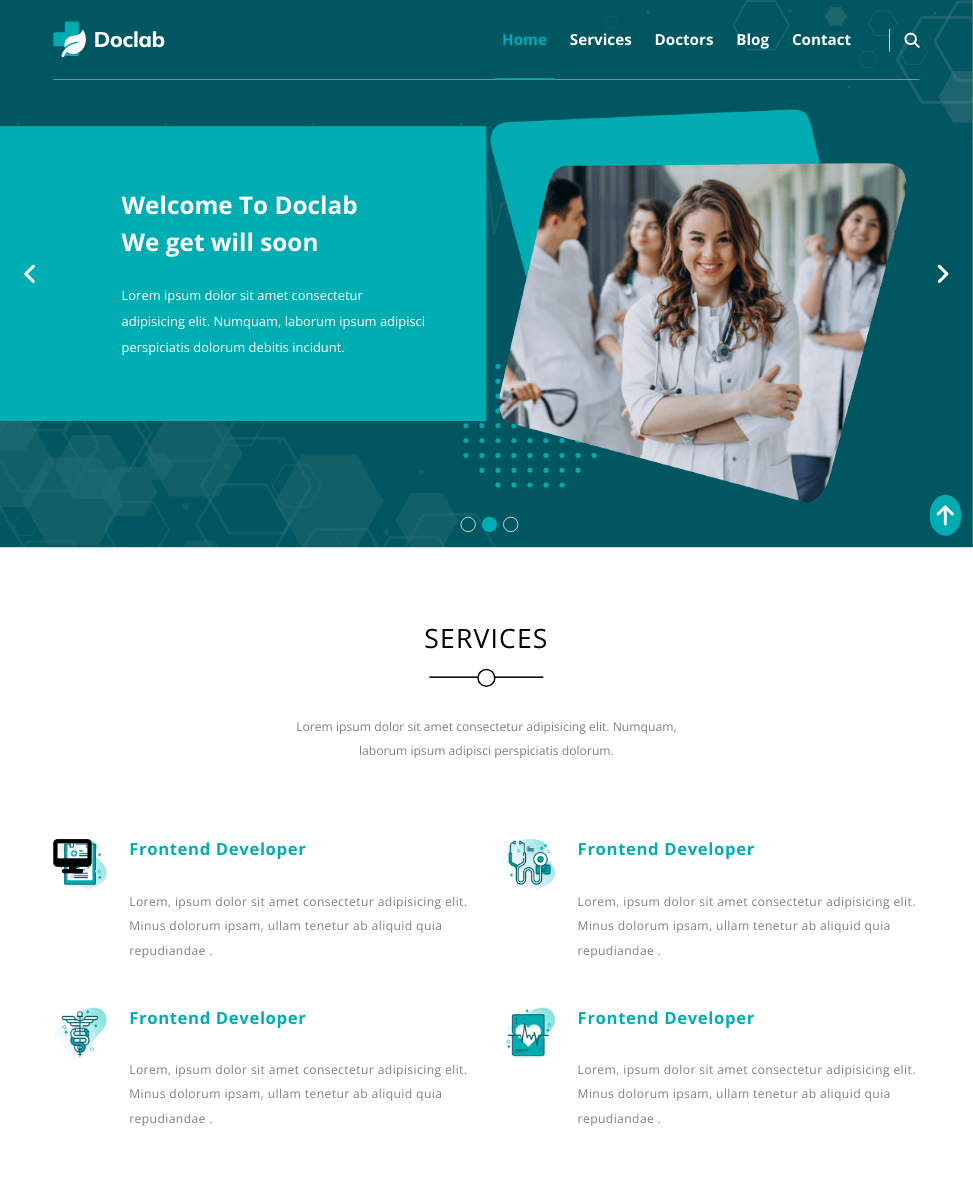
Repository: Ahmed123rezk123/Clinic
Page: index.html
These files come from the project's save history. The page is drawn as it stood at one moment and after the next save; the edit follows.
The browser window is 1280 px wide. The pictures show the part of the page from y = 0 to 1567 px (the page is 9134 px tall), at 76% of full size.
A picture or video elsewhere on the page could not be fetched, so the positions and the page height are approximate. Some web fonts or font styles are not loaded; a fallback is used.

Above is the page before, as saved 2024-04-17 21:10:08.

### index.html
<!DOCTYPE html>
<html lang="en">
  <head>
    <meta charset="UTF-8" />
    <meta name="viewport" content="width=device-width, initial-scale=1.0" />
    <title>Clinic</title>
    <!-- Render All Elements Normally -->
    <link rel="stylesheet" href="css/normalize.css" />
    <!-- Font Awesome Library -->
    <link rel="stylesheet" href="css/all.min.css" />
    <!-- Main Temlate css file -->
    <link rel="stylesheet" href="css/style.css" />
    <!-- Google Fonts -->
    <link rel="preconnect" href="https://fonts.googleapis.com" />
    <link rel="preconnect" href="https://fonts.gstatic.com" crossorigin />
    <link
      href="https://fonts.googleapis.com/css2?family=Edu+TAS+Beginner:wght@500&family=Open+Sans:wght@400;700&display=swap"
      rel="stylesheet"
    />
    <!-- <link href="https://cdn.jsdelivr.net/npm/bootstrap@5.3.2/dist/css/bootstrap.min.css" rel="stylesheet"> -->
  </head>
  <body>
    <!-- Start Header -->
    <header>
      <div class="container" id="top">
        <a href="#" class="logo">
          <img src="images/logo.svg" alt="Logo" />
        </a>
        <nav>
          <i class="fas fa-bars menu"></i>
          <ul>
            <li><a href="#" class="active">Home</a></li>
            <li><a href="#">Services</a></li>
            <li><a href="#">Doctors</a></li>
            <li><a href="#">Blog</a></li>
            <li><a href="#">Contact</a></li>
          </ul>
          <div class="form">
            <i class="fas fa-search"></i>
          </div>
        </nav>
      </div>
    </header>
    <!-- End Header -->
    <!-- Start Landing -->
    <section class="landing">
      <div class="overlay">
        <div class="text">
          <div class="content">
            <h2>
              Welcome To Doclab<br />
              We get will soon
            </h2>
            <p>
              Lorem ipsum dolor sit amet consectetur adipisicing elit. Numquam,
              laborum ipsum adipisci perspiciatis dolorum debitis incidunt.
            </p>
          </div>
        </div>
       <img class="img-doctor" src="images/hero-banner.png" alt="">
      </div>
      <i class="fas fa-angle-left icon1 fa-2x"></i>
      <i class="fas fa-angle-right icon2 fa-2x"></i>
      <ul class="bullets">
        <li></li>
        <li class="active"></li>
        <li></li>
      </ul>
    </section>
    <!-- End Landing -->
    <!-- Start Services -->
    <section class="services">
      <div class="container">
        <div class="main-content">
          <h2>Services</h2>
          <p>
            Lorem ipsum dolor sit amet consectetur adipisicing elit. Numquam,
            laborum ipsum adipisci perspiciatis dolorum.
          </p>
        </div>
        <div class="services-content">
          <div class="div-content">
            <img src="images/icon-1.png" alt="">
            <i class="fas fa-desktop"></i>
            <div class="text">
              <h2>Frontend Developer</h2>
              <p>
                Lorem, ipsum dolor sit amet consectetur adipisicing elit. Minus
                dolorum ipsam, ullam tenetur ab aliquid quia repudiandae .
              </p>
            </div>
          </div>
          <div class="div-content">
            <img src="images/icon-2.png" alt="">
            <div class="text">
              <h2>Frontend Developer</h2>
              <p>
                Lorem, ipsum dolor sit amet consectetur adipisicing elit. Minus
                dolorum ipsam, ullam tenetur ab aliquid quia repudiandae .
              </p>
            </div>
          </div>
          <div class="div-content">
            <img src="images/icon-3.png" alt="">
            <div class="text">
              <h2>Frontend Developer</h2>
              <p>
                Lorem, ipsum dolor sit amet consectetur adipisicing elit. Minus
                dolorum ipsam, ullam tenetur ab aliquid quia repudiandae .
              </p>
            </div>
          </div>
          <div class="div-content">
            <img src="images/icon-4.png" alt="">
            <div class="text">
              <h2>Frontend Developer</h2>
              <p>
                Lorem, ipsum dolor sit amet consectetur adipisicing elit. Minus
                dolorum ipsam, ullam tenetur ab aliquid quia repudiandae .
              </p>
            </div>
          </div>
        </div>
      </div>
    </section>
    <!-- End Services -->
    <!-- Start Design -->
    <section class="design">
      <div class="overlay">
        <div class="image">
          <img src="images/mobile.png" alt="" />
        </div>
        <div class="text">
          <div class="content">
            <h2>OUR DESIGN COMES WITH...</h2>
            <div class="div-icon">
              <div class="div-content">
                <i class="fas fa-desktop lab1"></i>
                <span>Responsive Design</span>
              </div>
              <div class="div-content">
                <i class="fas fa-desktop lab2"></i>
                <span>Modern And Clean Design</span>
              </div>
              <div class="div-content">
                <i class="fas fa-desktop lab3"></i>
                <span>Clean Code</span>
              </div>
              <div class="div-content">
                <i class="fas fa-desktop lab4"></i>
                <span>Browser Friendly</span>
              </div>
            </div>
          </div>
        </div>
      </div>
    </section>
    <!-- End Design -->
    <!-- Start Portfolio -->
    <div class="portfolio">
      <div class="container">
        <div class="main-content">
          <h2>Portfolio</h2>
          <p>
            Lorem ipsum dolor sit amet consectetur adipisicing elit. Numquam,
            laborum ipsum adipisci perspiciatis dolorum.
          </p>
        </div>
        <ul class="shuffle">
          <li class="active">All</li>
          <li>App</li>
          <li>Photo</li>
          <li>Web</li>
          <li>Print</li>
        </ul>
      </div>
      <div class="imgs-content">
        <div class="box">
          <img src="images/shuffle-01.jpg" alt="" />
          <div class="caption">
            <h4>Awesome Image</h4>
            <p>Photography</p>
          </div>
        </div>
        <div class="box">
          <img src="images/shuffle-02.jpg" alt="" />
          <div class="caption">
            <h4>Awesome Image</h4>
            <p>Photography</p>
          </div>
        </div>
        <div class="box">
          <img src="images/shuffle-03.jpg" alt="" />
          <div class="caption">
            <h4>Awesome Image</h4>
            <p>Photography</p>
          </div>
        </div>
        <div class="box">
          <img src="images/shuffle-04.jpg" alt="" />
          <div class="caption">
            <h4>Awesome Image</h4>
            <p>Photography</p>
          </div>
        </div>
        <div class="box">
          <img src="images/shuffle-05.jpg" alt="" />
          <div class="caption">
            <h4>Awesome Image</h4>
            <p>Photography</p>
          </div>
        </div>
        <div class="box">
          <img src="images/shuffle-06.jpg" alt="" />
          <div class="caption">
            <h4>Awesome Image</h4>
            <p>Photography</p>
          </div>
        </div>
        <div class="box">
          <img src="images/shuffle-07.jpg" alt="" />
          <div class="caption">
            <h4>Awesome Image</h4>
            <p>Photography</p>
          </div>
        </div>
        <div class="box">
          <img src="images/shuffle-08.jpg" alt="" />
          <div class="caption">
            <h4>Awesome Image</h4>
            <p>Photography</p>
          </div>
        </div>
      </div>
      <a href="#" class="more">MORE</a>
    </div>
    <!-- End Portfolio -->
    <!-- Start Video -->
    <div class="video">
      <video autoplay muted loop>
        <source src="images/awesome-video (1).mp4" type="video/mp4" />
      </video>
      <div class="text">
        <h2>SUPER AWESOME VIDEO HERE</h2>
        <p>Its All You Need</p>
        <button>SEE MORE</button>
      </div>
    </div>
    <!-- End Video -->

    <!-- Start About -->
    <div class="about">
      <div class="container">
        <div class="main-content">
          <h2>Services</h2>
          <p>
            Lorem ipsum dolor sit amet consectetur adipisicing elit. Numquam,
            laborum ipsum adipisci perspiciatis dolorum.
          </p>
        </div>
        <img src="images/about.png" alt="" />
      </div>
    </div>
    <!-- End About -->
    <!-- Start Stats  -->
    <div class="stats">
      <div class="container">
        <div class="box">
          <i class="fas fa-mug-hot"></i>
          <p>1.236</p>
          <span>Coffee Drinks</span>
        </div>
        <div class="box">
          <i class="far fa-folder"></i>
          <p>256</p>
          <span>Completed Projects</span>
        </div>
        <div class="box">
          <i class="far fa-envelope"></i>
          <p>1,743</p>
          <span>Mail Sent</span>
        </div>
        <div class="box">
          <i class="fas fa-trophy"></i>
          <p>17</p>
          <span>Awards Received</span>
        </div>
      </div>
    </div>
    <!-- End Stats  -->
    <!-- Start Skills -->
    <div class="our-skills">
      <div class="container">
        <div class="testimonial">
          <h3>TESTIMONIALS</h3>
          <p>
            Curabitur arcu erat, accumsan id imperdiet et, porttitor at sem.
            Mauris blandit aliquet elit, eget tincidunt.
          </p>
          <div class="box">
            <img src="images/skills-01.jpg" alt="" />
            <div class="text">
              Curabitur arcu erat, accumsan id imperdiet et, porttitor at sem.
              Mauris blandit aliquet elit, eget tincidunt.
              <p>Ahmed Atef, CEO</p>
            </div>
          </div>
          <div class="box">
            <img src="images/skills-02.jpg" alt="" />
            <div class="text">
              Curabitur arcu erat, accumsan id imperdiet et, porttitor at sem.
              Mauris blandit aliquet elit, eget tincidunt.
              <p>Ahmed Ayman, CEO</p>
            </div>
          </div>
          <ul class="bullets">
            <li></li>
            <li class="active"></li>
            <li></li>
          </ul>
        </div>
        <div class="skills">
          <h3>SKILLS</h3>
          <p>
            Curabitur arcu erat, accumsan id imperdiet et, porttitor at sem.
            Mauris blandit aliquet elit, eget tincidunt.
          </p>
          <div class="prog-content">
            <h4>ADOBE</h4>
            <div class="prog">
              <span style="width: 90%" data-progress="90%"></span>
            </div>
          </div>
          <div class="prog-content">
            <h4>HTML & CSS</h4>
            <div class="prog">
              <span style="width: 85%" data-progress="85%"></span>
            </div>
          </div>
          <div class="prog-content">
            <h4>JAVASCRIPT</h4>
            <div class="prog">
              <span style="width: 80%" data-progress="80%"></span>
            </div>
          </div>
          <div class="prog-content">
            <h4>PHP</h4>
            <div class="prog">
              <span style="width: 90%" data-progress="90%"></span>
            </div>
          </div>
        </div>
      </div>
    </div>
    <!-- End Skills -->
    <!-- Start Quote -->
    <div class="quote">
      <div class="container">
        <div class="content">
          <q
            >accumsan id imperdiet et, porttitor at sem. Mauris blandit aliquet
            elit, eget tincidunt.</q
          >
          <span>Ahmed Atef</span>
        </div>
      </div>
    </div>
    <!-- End Quote -->
    <!-- Start Princing -->
    <div class="princing">
      <div class="container">
        <div class="main-content">
          <h2>Princing</h2>
          <p>
            Lorem ipsum dolor sit amet consectetur adipisicing elit. Numquam,
            laborum ipsum adipisci perspiciatis dolorum.
          </p>
        </div>
        <div class="content">
          <div class="basic">
            <div class="head">
              <h3>BASIC</h3>
              <span>19</span>
            </div>
            <ul>
              <li>Feature No 1</li>
              <li>Extra Feature</li>
              <li>Extra Feature No 2</li>
              <li>Feature</li>
            </ul>
            <div class="foot">
              <a href="#">Buy Now</a>
            </div>
          </div>
          <div class="basic">
            <div class="head">
              <h3>PREMIUM</h3>
              <span>29</span>
            </div>
            <ul>
              <li>Feature No 1</li>
              <li>Extra Feature</li>
              <li>Extra Feature No 2</li>
              <li>Feature</li>
            </ul>
            <div class="foot">
              <a href="#">Buy Now</a>
            </div>
          </div>

          <div class="basic">
            <div class="head">
              <h3>PRO</h3>
              <span>39</span>
            </div>
            <ul>
              <li>Feature No 1</li>
              <li>Extra Feature</li>
              <li>Extra Feature No 2</li>
              <li>Feature</li>
            </ul>
            <div class="foot">
              <a href="#">Buy Now</a>
            </div>
          </div>

          <div class="basic">
            <div class="head">
              <h3>PLATINUM</h3>
              <span>49</span>
            </div>
            <ul>
              <li>Feature No 1</li>
              <li>Extra Feature</li>
              <li>Extra Feature No 2</li>
              <li>Feature</li>
            </ul>
            <div class="foot">
              <a href="#">Buy Now</a>
            </div>
          </div>
        </div>
        <p class="parag-content">Contact us if you have special request</p>
        <a href="#" class="lnk">Contact Us</a>
      </div>
    </div>
    <!-- End Princing -->

    <!-- Start Subscribe -->
    <div class="subscribe">
      <div class="container">
        <form action="">
          <i class="far fa-envelope"></i>
          <input type="email" name="mail" placeholder="Your Email" />
          <input type="submit" value="Subscribe" />
        </form>
        <p>
          Curabitur arcu erat, accumsan id imperdiet et, porttitor at sem.
          Mauris blan dit aliquet elit, eget tincidunt.
        </p>
      </div>
    </div>
    <!-- End Subscribe -->
    <!-- Start CONTACT US -->

    <div class="contact">
      <div class="container">
        <div class="main-content">
          <h2>contact us</h2>
          <p>
            Lorem ipsum dolor sit amet consectetur adipisicing elit. Numquam,
            laborum ipsum adipisci perspiciatis dolorum.
          </p>
        </div>
        <div class="content">
          <form action="">
            <input
              class="inp"
              type="text"
              name="name"
              placeholder="Your Name"
            />
            <input
              class="inp"
              type="email"
              name="mail"
              placeholder="Your Email"
            />
            <textarea
              class="inp"
              name="message"
              placeholder="Your Message"
            ></textarea>
            <input type="submit" value="Send Message" />
          </form>
          <div class="text">
            <h4>GET IN TOUCH</h4>
            <span class="phone">+00 123.456.789</span>
            <span class="phone">+00 123.456.789</span>

            <h4>WHERE WE ARE</h4>
            <ul>
              <li>Awesome Address 17</li>
              <li>New York, NYC</li>
              <li>123-4567-890</li>
              <li>USA</li>
            </ul>
          </div>
        </div>
      </div>
    </div>
    <!-- End CONTACT US -->

    <!-- Start Footer -->
    <div class="footer">
      <div class="container">
        <img src="images/logo.png" alt="Logo" />
        <div class="text">
          <h2>WE ARE SOCIAL</h2>
          <a href="#"><i class="fab fa-facebook-f"></i></a>
          <a href="#"><i class="fab fa-twitter"></i></a>
          <a href="#"> <i class="fas fa-home"></i></a>
          <a href="#"><i class="fab fa-linkedin"></i></a>
        </div>
        <p>&copy; 2024 <span>Kammuna</span> All Right Reserved</p>
      </div>
    </div>
    <!-- End Footer -->
    <a href="#top" class="up"><i class="fas fa-arrow-up"></i></a>
  </body>
</html>

Loaded but not shown: css/normalize.css (library); css/all.min.css (library); css/style.css (1198 lines, source omitted)

After the next save:
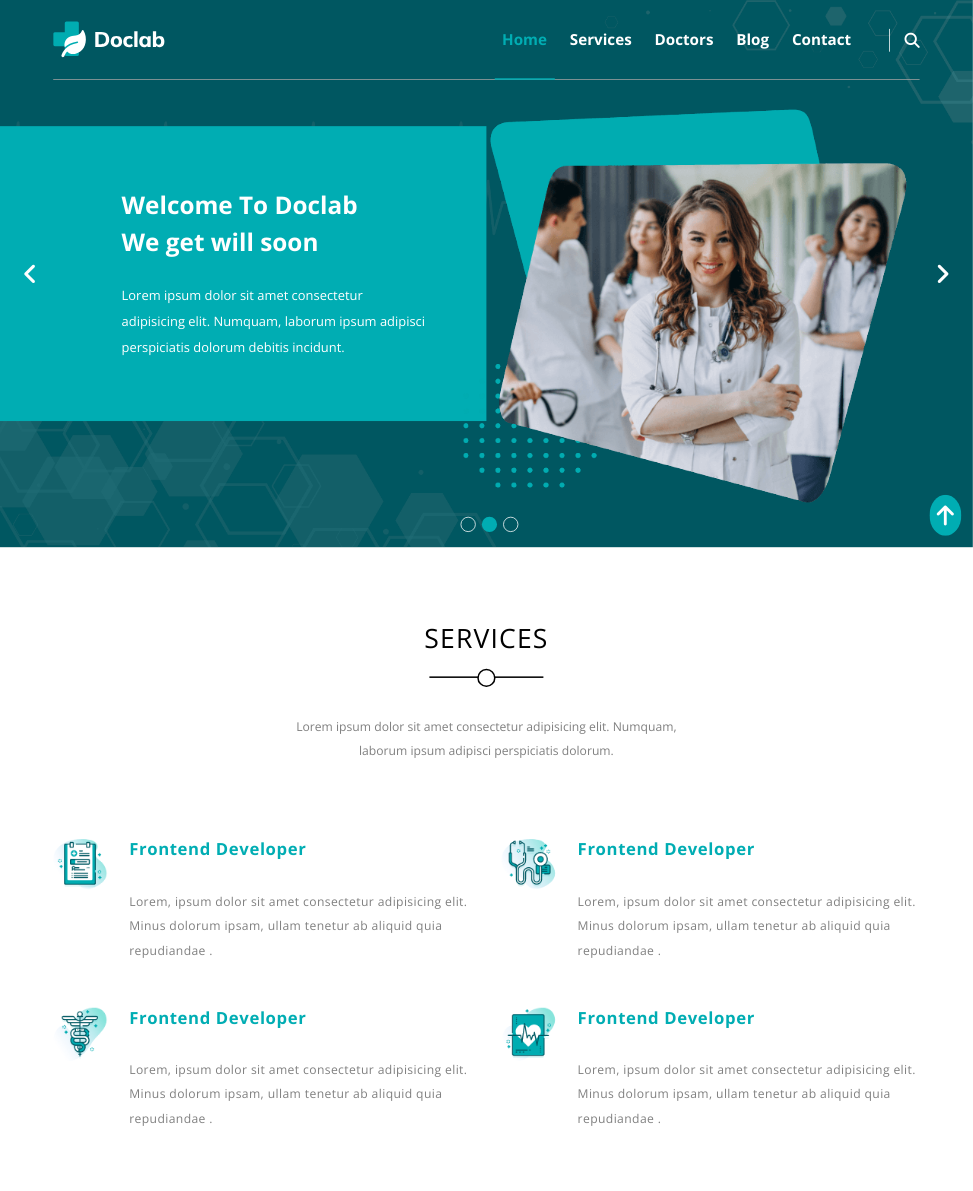
Saved 5 s later.
--- a/index.html
+++ b/index.html
@@ -81,7 +81,6 @@
         <div class="services-content">
           <div class="div-content">
             <img src="images/icon-1.png" alt="">
-            <i class="fas fa-desktop"></i>
             <div class="text">
               <h2>Frontend Developer</h2>
               <p>
